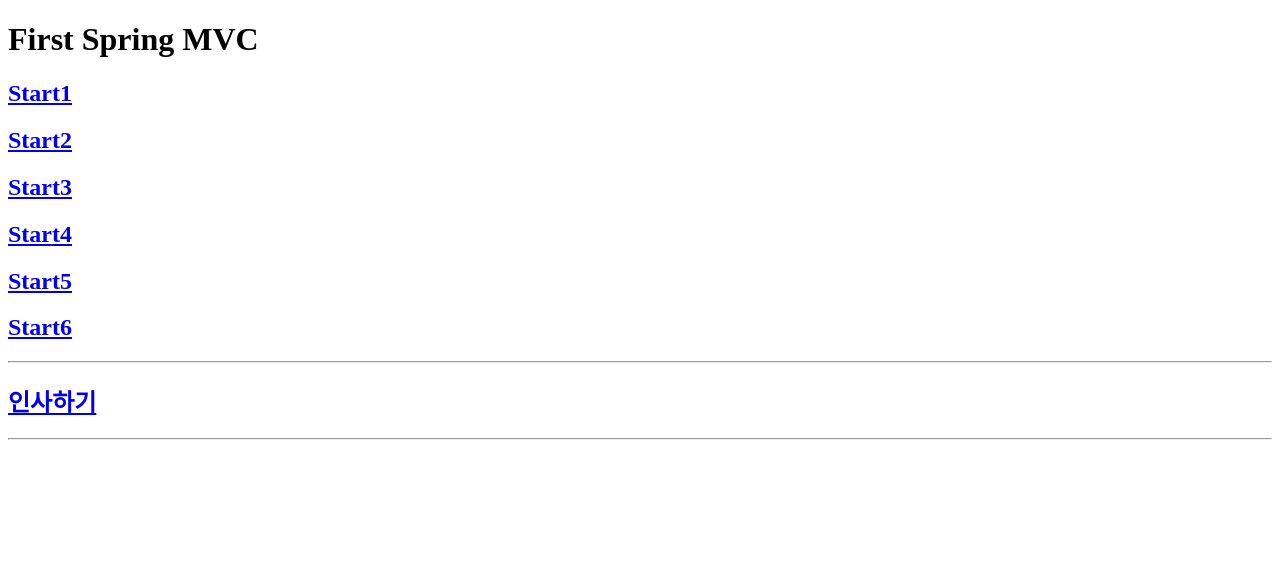
Repository: Developer120000/spring_mvc_study
Page: http://localhost/spring_mvc02/
These files come from the project's save history. The page is drawn as it stood at one moment and after the next save; the edit follows.
The browser window is 1280 px wide. The pictures show the whole page.
The page is served by Tomcat 9.

Above is the page before, as saved 2024-03-19 03:10:18.

After the next save:
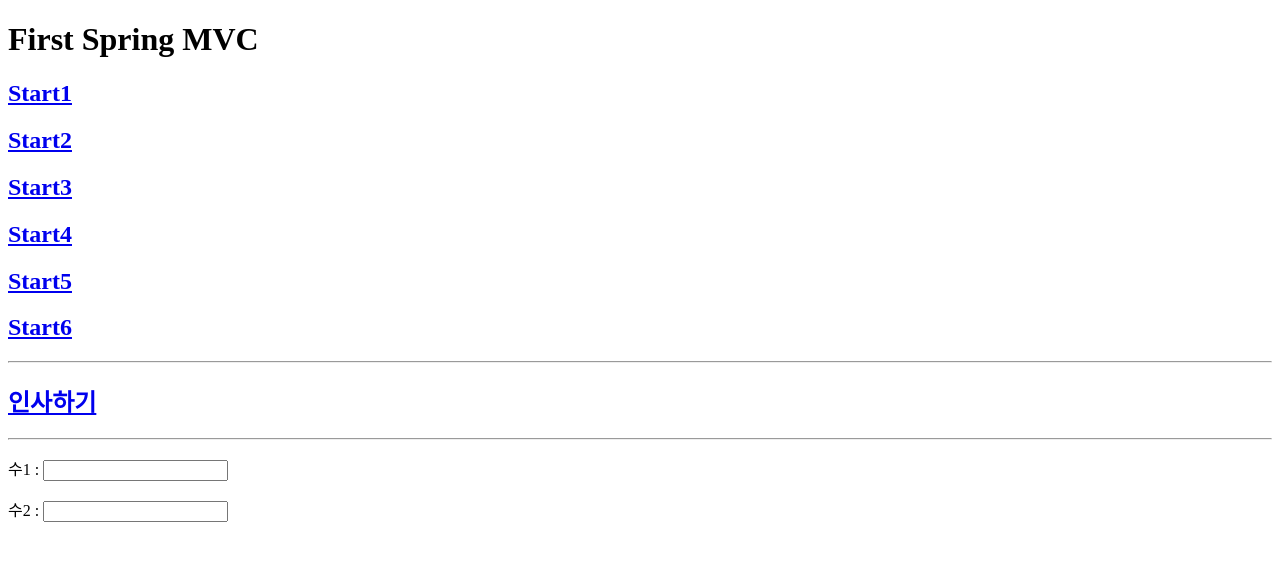
Saved 49 s later.
--- a/spring_mvc02/src/main/webapp/WEB-INF/views/index.jsp
+++ b/spring_mvc02/src/main/webapp/WEB-INF/views/index.jsp
@@ -19,6 +19,9 @@
 
 	<h2><a href="hello.do">인사하기</a></h2>
 	<hr>
-	<form action="calc.do" method="post"></form>
+	<form action="calc.do" method="post">
+		<p>수1 : <input type="number" size="15" name="s1" required></p>
+		<p>수2 : <input type="number" size="15" name="s2" required></p>
+	</form>
 </body>
 </html>
